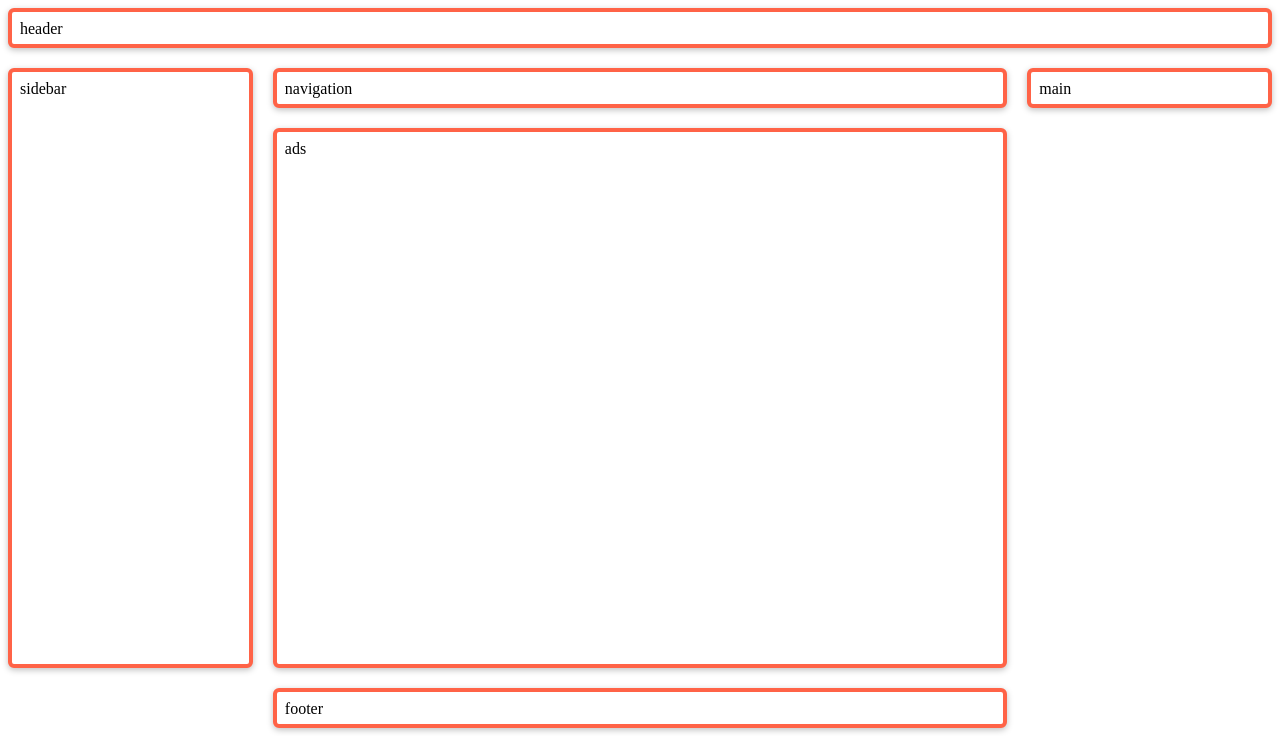
Repository: cokoduwa/css-layouts
Page: grid-exercises/03-page-layout/layout.html
These files come from the project's save history. The page is drawn as it stood at one moment and after the next save; the edit follows.
The browser window is 1280 px wide. The pictures show the whole page.

Above is the page before, as saved 2022-09-30 20:42:06.

After the next save:
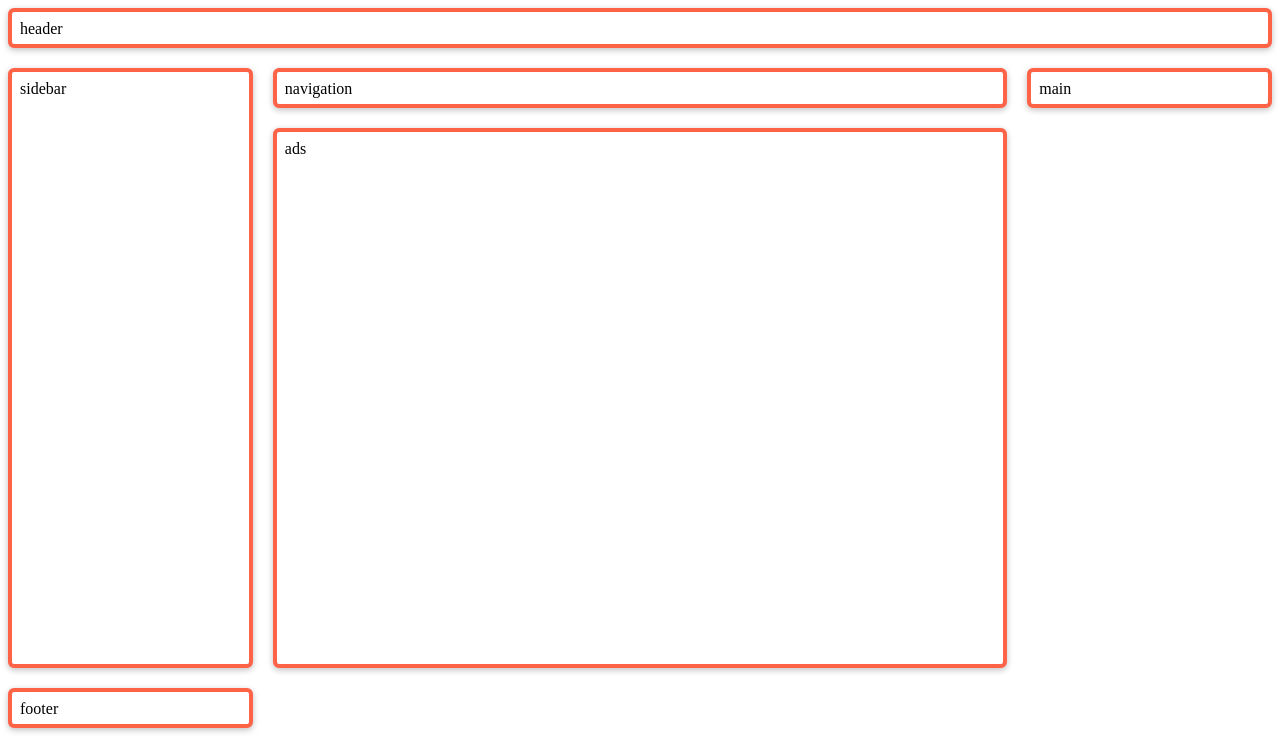
Saved 72 min 17 s later.
--- a/grid-exercises/03-page-layout/style.css
+++ b/grid-exercises/03-page-layout/style.css
@@ -28,5 +28,5 @@
 }
 
 .footer {
-  grid-column-start: 2;
+  grid-column-start: 1;
 }
